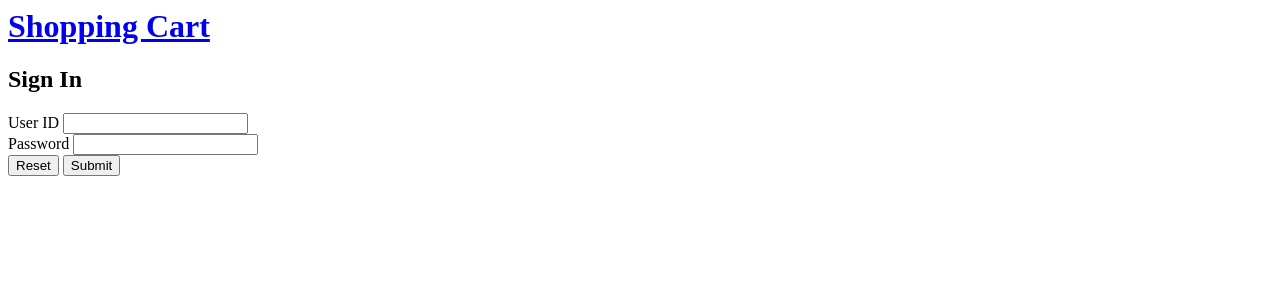
Repository: AravindMarshall/ShoppingCart
Page: http://localhost/Phineas/Login.jsp
The author's editor kept a copy of each file at every save. The page is drawn from the files as they stood at one save, then again after the next save.
The browser window is 1280 px wide. The pictures show the whole page.
The page is served by Tomcat 9. Other server files are loaded and not shown.

Above is the page before, as saved 2016-06-09 08:43:48.

### NIIT Shopping Cart/Phineas/WebContent/Login.jsp
<%@ page language="java" contentType="text/html; charset=ISO-8859-1"
    pageEncoding="ISO-8859-1"%>
<html>
<head>
<meta http-equiv="Content-Type" content="text/html; charset=ISO-8859-1">
<title>ShoppingCart Login</title>
</head>
<body>

<form role="form">
<div class="container">
    <div class="navbar-header">
       <h1><a class="navbar-brand animate" href="home.jsp">Shopping Cart</a>
      </h1>
      </div>
    </div>

<div class= "Login">
<div class="container">
  <h2>Sign In</h2>
  <label for "Name">User ID</label>
<input type = "text" class="userId" Id = "Name">
</div>
<div class= "Login">
<label for "Pass">Password</label>
<input type = "password" class="form-control" Id = "pass">
</div>
<button type="Reset" class="btn btn-danger">Reset</button>
<button type="submit" class="btn btn-default">Submit</button>
</div>
</form>

</body>
</html>

After the next save:
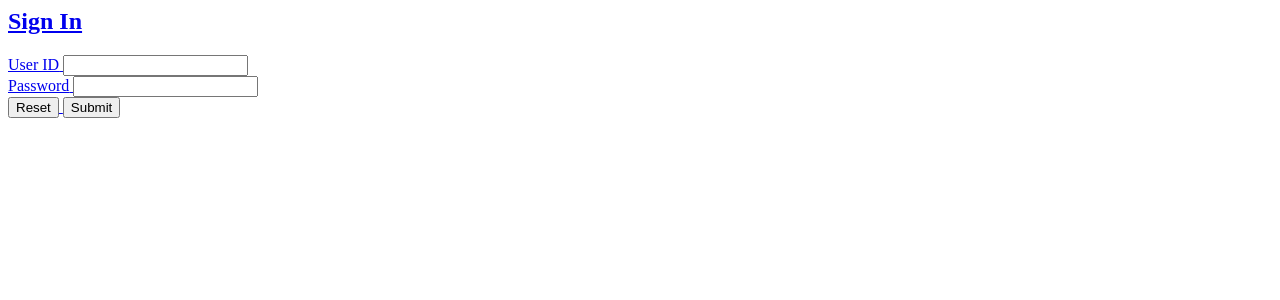
Saved 119 s later.
--- a/NIIT Shopping Cart/Phineas/WebContent/Login.jsp
+++ b/NIIT Shopping Cart/Phineas/WebContent/Login.jsp
@@ -9,8 +9,9 @@
 
 <form role="form">
 <div class="container">
+<div class="jumbotron">
     <div class="navbar-header">
-       <h1><a class="navbar-brand animate" href="home.jsp">Shopping Cart</a>
+       <h1><a class="navbar-brand animate" href="home.jsp"><Font size Shopping Cart</a>
       </h1>
       </div>
     </div>

After the 2 saves that followed:
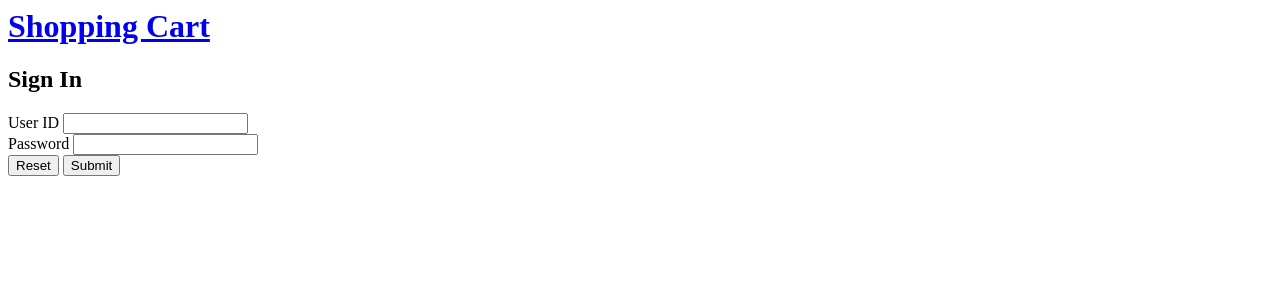
The 2 saves are shown as one change because 1 left the picture as it was.
The last was saved 110 s later.
--- a/NIIT Shopping Cart/Phineas/WebContent/Login.jsp
+++ b/NIIT Shopping Cart/Phineas/WebContent/Login.jsp
@@ -11,7 +11,7 @@
 <div class="container">
 <div class="jumbotron">
     <div class="navbar-header">
-       <h1><a class="navbar-brand animate" href="home.jsp"><Font size Shopping Cart</a>
+       <h1><a class="navbar-brand animate" href="home.jsp">Shopping Cart</a>
       </h1>
       </div>
     </div>
@@ -29,6 +29,7 @@
 <button type="Reset" class="btn btn-danger">Reset</button>
 <button type="submit" class="btn btn-default">Submit</button>
 </div>
+</div>
 </form>
 
 </body>
